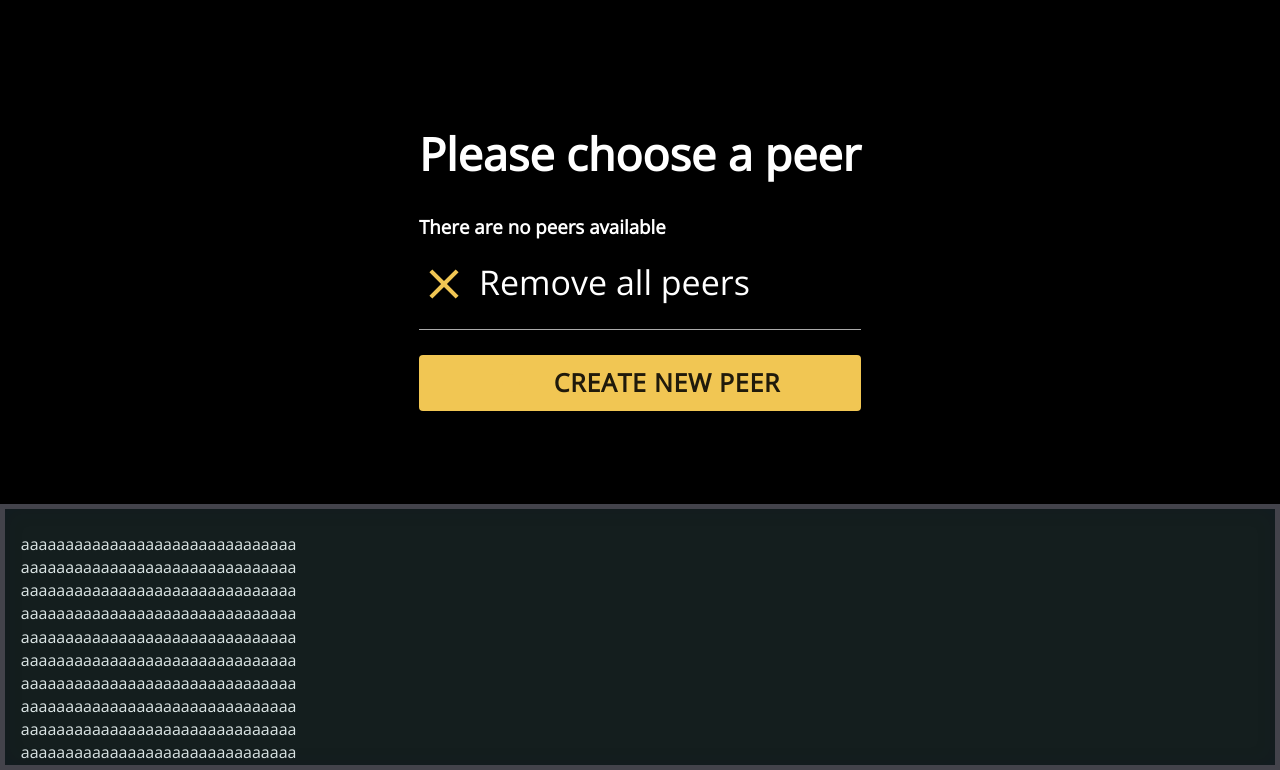
Repository: Bachdz/ASAP-Gui-Frontend
Page: /login
These files come from the project's save history. The page is drawn as it stood at one moment and after the next save; the edit follows.
The browser window is 1280 px wide. The pictures show the whole page.
The page's requests for data from a server got no answer. The project was rebuilt for these pictures with package versions that can differ from the ones it lists, and the page was loaded fresh each time. No one was signed in, and anything a server would have sent is missing. Also part of the build but not shown: src/css/loginscreen/Peer.css, src/components/fragments/Footer.js, src/components/mainscreen/subcomponents/Apps.js, src/css/mainscreen/Main.css, src/components/mainscreen/Main.js.

Above is the page before, as saved 2020-12-16 19:49:54.

After the next save:
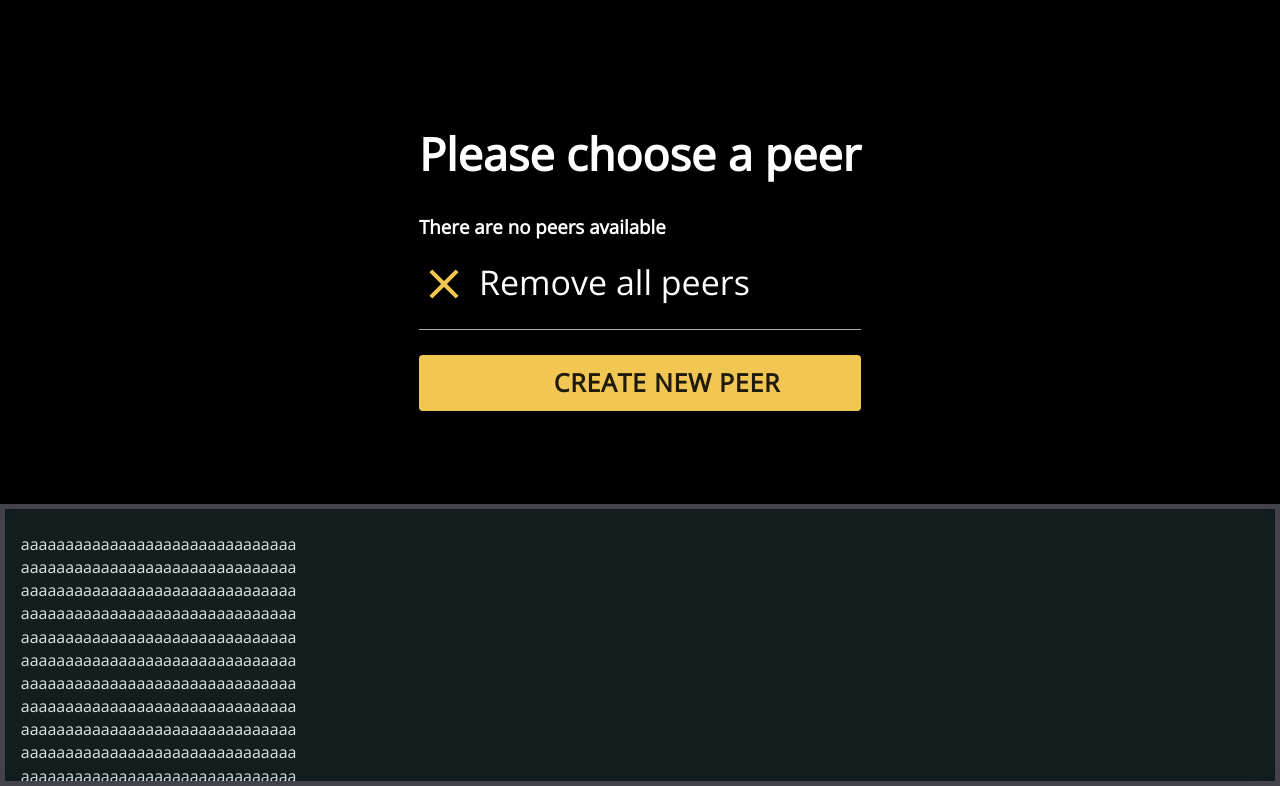
Saved 96 s later.
--- a/src/css/Terminal.css
+++ b/src/css/Terminal.css
@@ -82,7 +82,7 @@
 }
 
 .i-has-teh-code {
-    height: 200px;
+    height: 30vh;
     overflow-y: scroll;
     white-space: pre-wrap;
     background: #141e1e;
